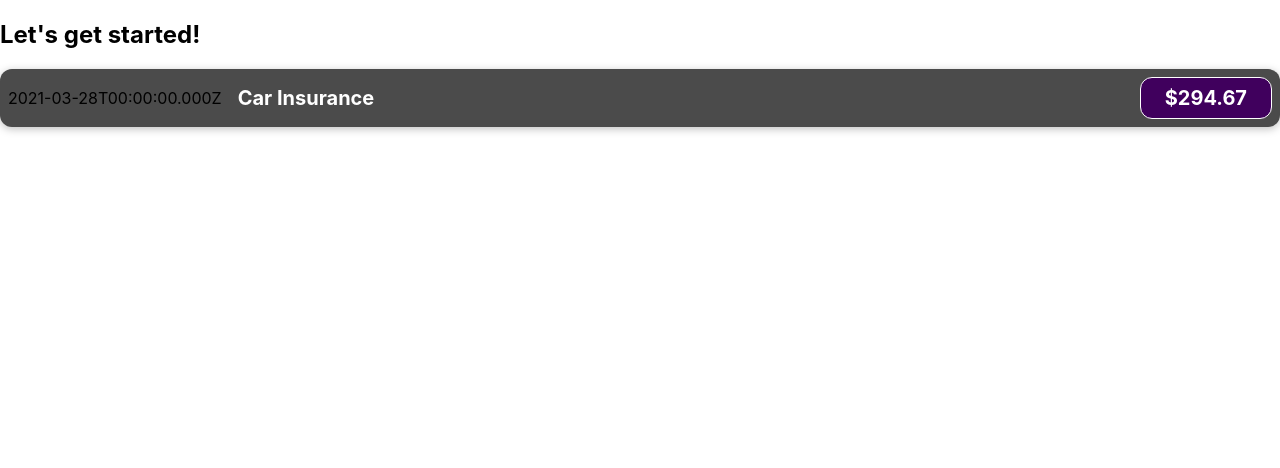
Repository: masamichan/react-complete-guide
Page: /
The author's editor kept a copy of each file at every save. The page is drawn from the files as they stood at one save, then again after the next save.
The browser window is 1280 px wide. The pictures show the whole page.
The project was rebuilt for these pictures with package versions that can differ from the ones it lists, and the page was loaded fresh each time. Also part of the build but not shown: src/App.css.

Above is the page before, as saved 2023-03-26 10:19:44.

### src/App.js
import "./App.css";
import ExpenseItem from "./components/ExpensItem";

function App() {
  const expenses = [
    {
      id: "e1",
      title: "Toilet Paper",
      amount: 94.12,
      date: new Date(2020, 7, 14),
    },
    { id: "e2", title: "New TV", amount: 799.49, date: new Date(2021, 2, 12) },
    {
      id: "e3",
      title: "Car Insurance",
      amount: 294.67,
      date: new Date(2021, 2, 28),
    },
    {
      id: "e4",
      title: "New Desk (Wooden)",
      amount: 450,
      date: new Date(2021, 5, 12),
    },
  ];

  return (
    <div>
      <h2>Let's get started!</h2>
      <ExpenseItem></ExpenseItem>
    </div>
  );
}

export default App;

### src/components/ExpensItem.js
import "./ExpenseItem.css";

function ExpenseItem() {
  const expenseDate = new Date(2021, 2, 28);
  const expenseTitle = "Car Insurance";
  const expenseAmount = 294.67;

  return (
    <div className="expense-item">
      <div>{expenseDate.toISOString()}</div>
      <div className="expense-item__description">
        <h2>{expenseTitle}</h2>
        <div className="expense-item__price">${expenseAmount}</div>
      </div>
    </div>
  );
}

export default ExpenseItem;

### src/components/ExpenseItem.css
.expense-item {
  display: flex;
  justify-content: space-between;
  align-items: center;
  box-shadow: 0 2px 8px rgba(0, 0, 0, 0.25);
  padding: 0.5rem;
  margin: 1rem 0;
  border-radius: 12px;
  background-color: #4b4b4b;
}

.expense-item__description {
  display: flex;
  flex-direction: column;
  gap: 1rem;
  align-items: flex-end;
  flex-flow: column-reverse;
  justify-content: flex-start;
  flex: 1;
}

.expense-item h2 {
  color: #3a3a3a;
  font-size: 1rem;
  flex: 1;
  margin: 0 1rem;
  color: white;
}

.expense-item__price {
  font-size: 1rem;
  font-weight: bold;
  color: white;
  background-color: #40005d;
  border: 1px solid white;
  padding: 0.5rem;
  border-radius: 12px;
}

@media (min-width: 580px) {
  .expense-item__description {
    flex-direction: row;
    align-items: center;
    justify-content: flex-start;
    flex: 1;
  }

  .expense-item__description h2 {
    font-size: 1.25rem;
  }

  .expense-item__price {
    font-size: 1.25rem;
    padding: 0.5rem 1.5rem;
  }
}

Loaded but not shown: public/index.html (common file); src/index.js (common file); src/index.css (common file); src/reportWebVitals.js (common file)

After the next save:
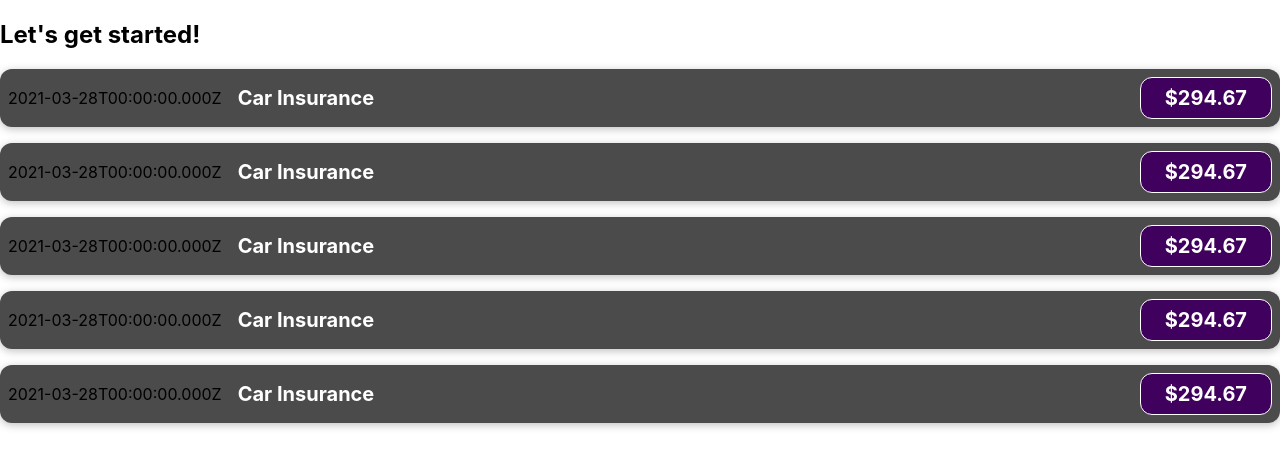
Saved 4 min 52 s later.
--- a/src/App.js
+++ b/src/App.js
@@ -27,6 +27,14 @@ function App() {
   return (
     <div>
       <h2>Let's get started!</h2>
+      <ExpenseItem
+        title={expenses[0].title}
+        amount={expenses[0].amount}
+        date={expenses[0].date}
+      ></ExpenseItem>
+      <ExpenseItem></ExpenseItem>
+      <ExpenseItem></ExpenseItem>
+      <ExpenseItem></ExpenseItem>
       <ExpenseItem></ExpenseItem>
     </div>
   );
